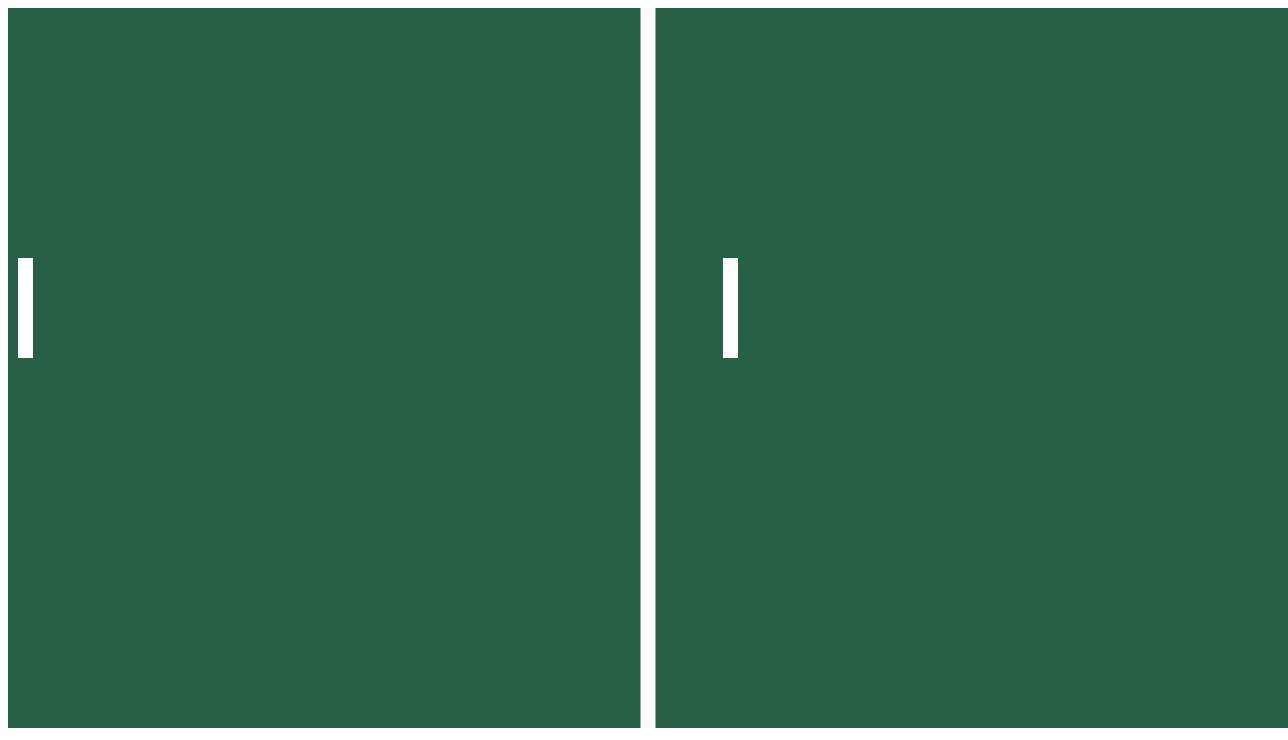
Repository: luizgaivaa/Game
Page: index.html
The author's editor kept a copy of each file at every save. The page is drawn from the files as they stood at one save, then again after the next save.
The browser window is 1280 px wide. The page is 1288 px wide, so the pictures cover 1288 px, including what lies to the right of the window. The pictures show the whole page.

Above is the page before, as saved 2024-03-26 16:09:26.

### index.html
<!DOCTYPE html>
<html lang="en">
<head>
    <meta charset="UTF-8">
    <meta name="viewport" content="width=device-width, initial-scale=1.0">
    <title>Ping_pong</title>
</head>
<body>
    <canvas></canvas>
        <script>
               const canvasEl = document.querySelector("canvas")
        const canvasCtx = canvasEl.getContext("2d")

        const lineWidth = 15
        function setup(){
            canvasEl.width = canvasCtx.width = window.innerWidth
            canvasEl.height = canvasCtx.height = window.innerHeight
        }

        function draw (){
            canvasCtx.fillStyle = "#286047"
            canvasCtx.fillRect(0,0, window.innerWidth, window.innerHeight)

            canvasCtx.fillStyle = "#ffffff"
            const x= window.innerWidth /2 - lineWidth /2
            const y = 0
            const w = lineWidth
            const h = window.innerHeight

            canvasCtx.fillRect(x,y,w,h)
            //raquete esquerda
            canvasCtx.fillRect(10,250,lineWidth,100)

            //raquete direita
            canvasCtx.fillRect(window.innerHeight - lineWidth + 10, 250, lineWidth, 100)


        }
        setup()
        draw()
        </script>


</body>
</html>

After the next save:
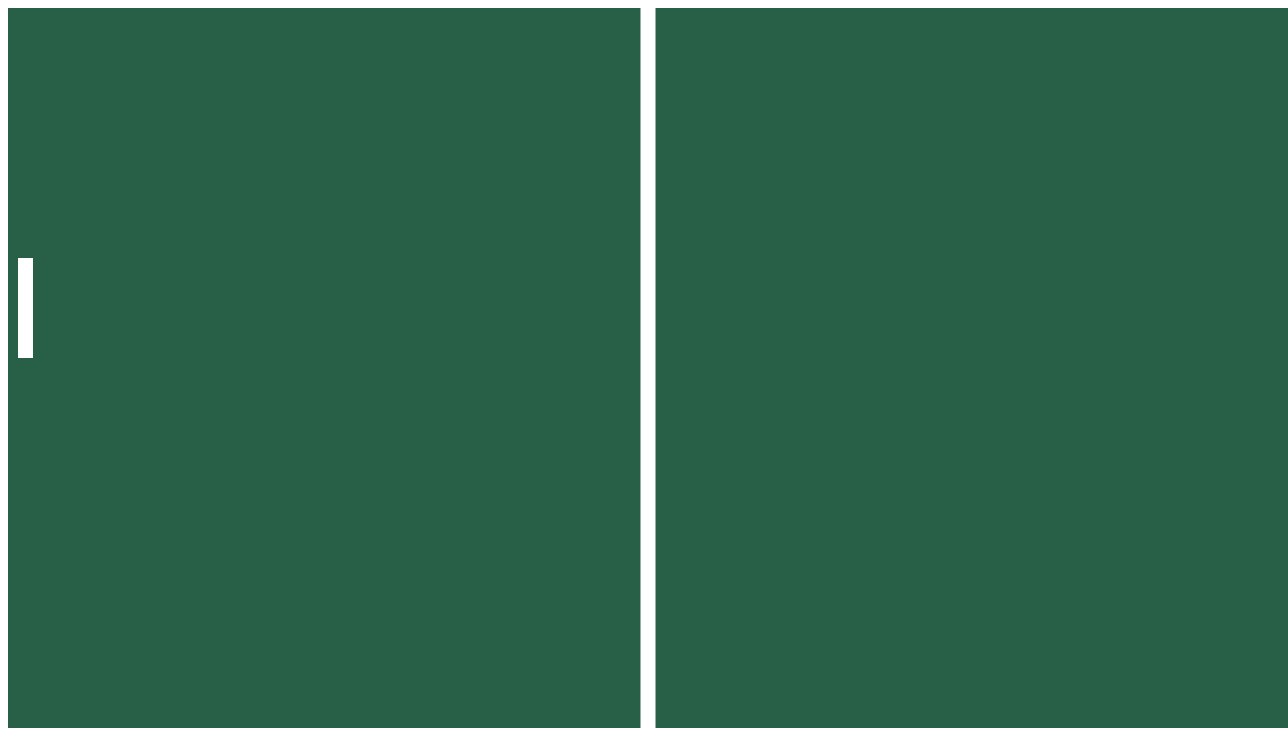
Saved 39 s later.
--- a/index.html
+++ b/index.html
@@ -32,7 +32,7 @@
             canvasCtx.fillRect(10,250,lineWidth,100)
 
             //raquete direita
-            canvasCtx.fillRect(window.innerHeight - lineWidth + 10, 250, lineWidth, 100)
+            canvasCtx.fillRect(window.innerHeight - lineWidth + 750, 250, lineWidth, 100)
 
 
         }

After the 5 saves that followed:
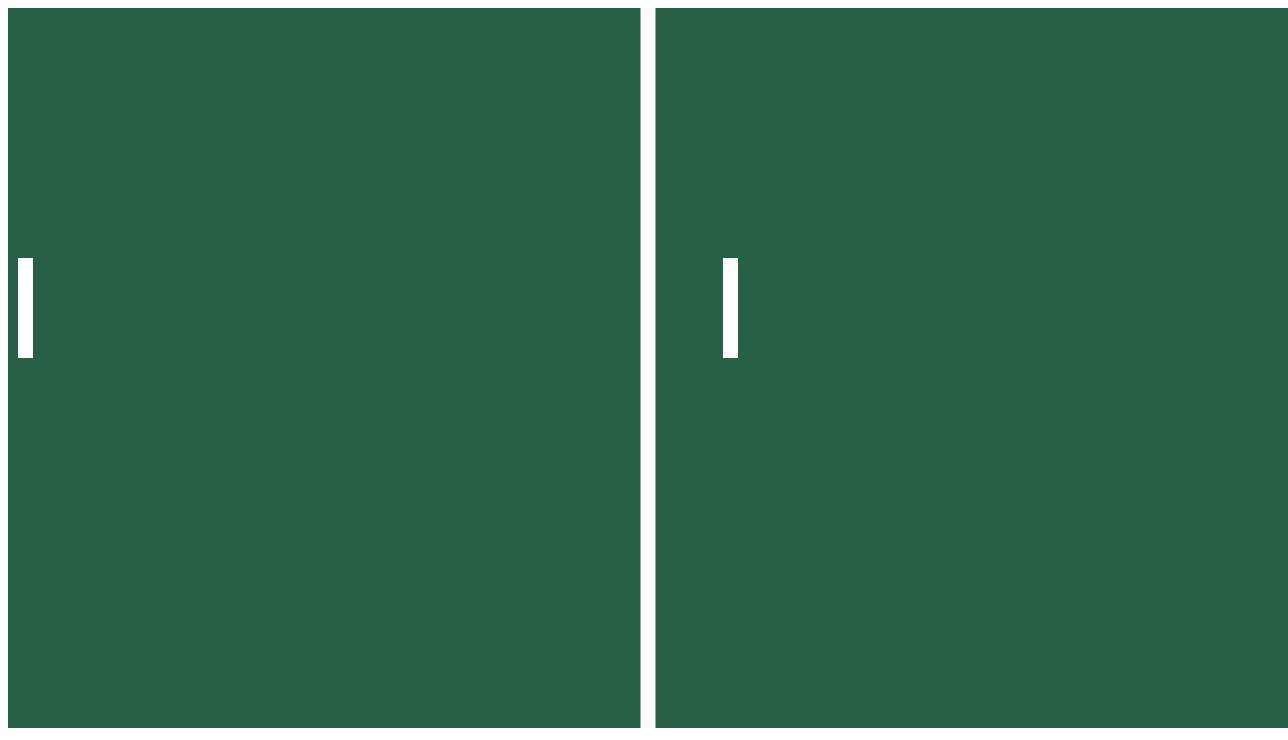
The 5 saves are shown as one change because 2 left the picture as it was and some came seconds apart.
The last was saved 82 s later.
--- a/index.html
+++ b/index.html
@@ -32,7 +32,7 @@
             canvasCtx.fillRect(10,250,lineWidth,100)
 
             //raquete direita
-            canvasCtx.fillRect(window.innerHeight - lineWidth + 750, 250, lineWidth, 100)
+            canvasCtx.fillRect(window.innerHeight - lineWidth + 10, 250, lineWidth, 100)
 
 
         }
